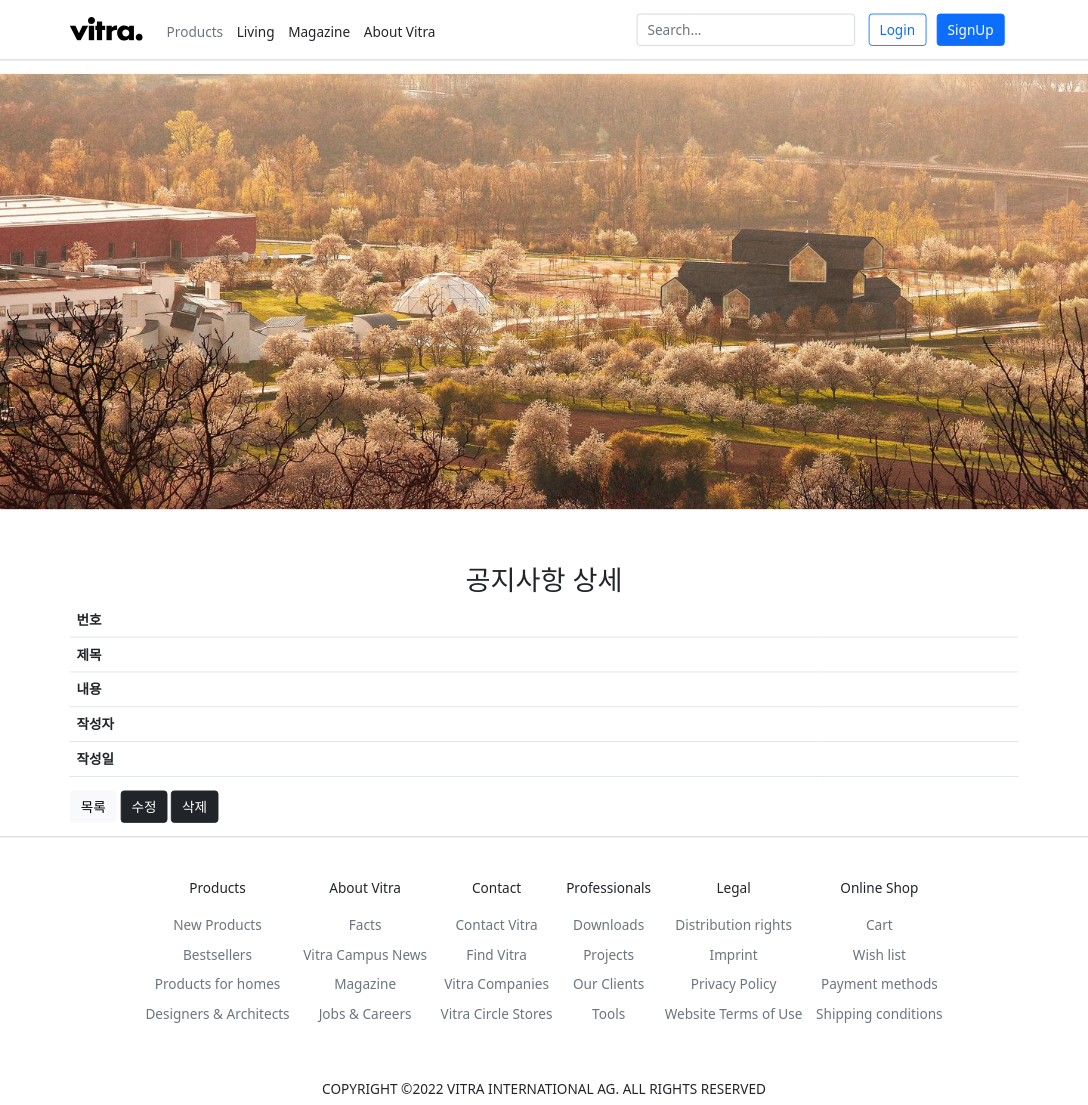
Repository: dllgkdud/pro06
Page: http://localhost/board/detail
An editor plug-in stored every save of this project. The page is shown before and after the next save, followed by the edit.
The browser window is 1280 px wide. The pictures show the whole page, at 85% of full size.
The page is this project's Thymeleaf template; nobody is signed in. The template is opened directly, without the code that normally fills it, so the values that code supplies are empty.

Above is the page before, as saved 2022-12-21 07:02:38.

### myapp/src/main/resources/templates/board/detail.html
<!DOCTYPE html>
<html lang="ko" xmlns="http://www.w3.org/1999/xhtml"
 xmlns:th="http://www.thymeleaf.org"
 xmlns:layout="http://www.ultraq.net.nz/thymeleaf/layout">
 <head>
	<title>Vitra | About Vitra</title>
	<th:block th:insert="/common/head"></th:block>
</head>
<body>
	<th:block th:insert="/common/header"></th:block>
	<div class="wrapper">
		<img th:src="@{/img/30820632.jpg}" class="col-lg-12 col-md-12 col-sm-12" alt="about">
	</div>
	<div class="fluvno-container">
		<div class="container">
		<h2 class="mt-4 text-center">공지사항 상세</h2>
			<table class="table">
				<tbody>
					<tr th:object="${board}">
						<th>번호</th>
						<td th:text="${board.vno}"></td>
					</tr>
					<tr>
						<th>제목</th>
						<td th:text="${board.vtitle}"></a></td>
					</tr>
					<tr>
						<th>내용</th>
						<td th:text="${board.vcontent}"></td>
					</tr>
					<tr>
						<th>작성자</th>
						<td th:text="${board.id}"></td>
					</tr>
					<tr>
						<th>작성일</th>
						<td th:text="${board.regdate}"></td>
					</tr>
				</tbody>
			</table>
	  	</div>
	  	<div class="container" role="group">
			<a class="btn btn-light" href="/board/list">목록</a>
			<a class="btn btn-dark" href="#">수정</a>
			<a class="btn btn-dark" href="#">삭제</a>
		</div>
	</div>
	<th:block th:insert="/common/footer"></th:block>
</body>
</html>

### myapp/src/main/resources/templates/common/head.html
<meta charset="UTF-8">
<meta http-equiv="X-UA-Compatible" content="IE=edge">
<meta name="viewport" content="width=device-width, initial-scale=1.0">

<!-- favicon -->
<link rel="apple-touch-icon" sizes="180x180" href="/img/favicons/apple-touch-icon.png">
<link rel="icon" type="image/png" sizes="32x32" href="/img/favicons/favicon-32x32.png">
<link rel="icon" type="image/png" sizes="16x16" href="/img/favicons/favicon-16x16.png">

<!-- Bootstrap -->
<link href="https://cdn.jsdelivr.net/npm/bootstrap@5.1.3/dist/css/bootstrap.min.css" rel="stylesheet" integrity="sha384-1BmE4kWBq78iYhFldvKuhfTAU6auU8tT94WrHftjDbrCEXSU1oBoqyl2QvZ6jIW3" crossorigin="anonymous">
<script src="https://cdn.jsdelivr.net/npm/bootstrap@5.1.3/dist/js/bootstrap.bundle.min.js" integrity="sha384-ka7Sk0Gln4gmtz2MlQnikT1wXgYsOg+OMhuP+IlRH9sENBO0LRn5q+8nbTov4+1p" crossorigin="anonymous"></script>

<!-- css -->
<link href="/css/main.css" rel="stylesheet">

<!-- JQuery -->
<script src="https://code.jquery.com/jquery-latest.js"></script>

<style>
/* common */
html, body, dl, dt, dd, ol, ul, li, tr, th, td { margin: 0; padding: 0; }
div, span { border: 0; font-size: 100%; font: inherit; vertical-align: baseline; }
p, a, dl, dt, dd, ol, ul, li, tr, th, td { list-style: none; }
form, table, article { border: 0; border-collapse: collapse; border-spacing: 0; }

/* header */


/* footer */
.mt-4 { margin-top: 4rem!important; }

</style>

<!--
<style>
@media all and (min-width: 960px) {
	.navbar .nav-item .dropdown-menu{ display: none; }
	.navbar .nav-item:hover .dropdown-menu{ display: block; }
	.navbar .nav-item .dropdown-menu { margin-top:0; }
}
</style>
-->

### myapp/src/main/resources/templates/common/header.html
<!DOCTYPE html>
<html xmlns:th="http://www.thymeleaf.org"
 xmlns:layout="http://www.ultraq.net.nz/thymeleaf/layout">
<header class="p-3">
    <div class="container">
		<div class="d-flex flex-wrap align-items-center justify-content-center justify-content-lg-start">
	        <a href="/" class="d-flex align-items-center mb-2 mb-lg-0">
				<svg width="86px" height="28px" viewBox="0 0 91.928 30"><path fill="#000" d="M0 11.18h7.255l4.275 9.183 4.486-9.183h7.149l-9.463 17.979h-4.38L0 11.18zm22.991-6.799C22.991 1.962 24.954 0 27.407 0c2.418 0 4.346 1.962 4.346 4.381s-1.928 4.416-4.346 4.416a4.42 4.42 0 0 1-4.416-4.416zm.981 24.778V11.18h6.729v17.979h-6.729zM34.241 5.573h6.519v5.607h3.855v5.152H40.76v12.827h-6.589V16.367h-1.928V11.18h1.963l.035-5.607zm12.055 5.607h6.729l-.105 2.523s1.752-2.979 5.993-2.979c.245 0 .491 0 .736.035v6.099c-.524-.245-1.227-.386-1.962-.386-2.173 0-4.767 1.051-4.767 3.26v9.427h-6.624V11.18zm22.431-.596c2.278 0 4.486.912 6.064 2.489V11.18h6.062v17.979h-6.167s-.036-.56-.036-1.156c0-.279 0-.561.036-.806-1.473 1.822-3.681 2.698-5.959 2.698-5.677 0-9.042-4.977-9.042-9.708 0-4.276 2.769-8.341 7.184-9.392a8.352 8.352 0 0 1 1.858-.211zM75 20.257c0-2.417-1.962-4.346-4.381-4.346-2.418 0-4.451 1.928-4.451 4.346s2.033 4.452 4.451 4.452C73.038 24.708 75 22.675 75 20.257zm8.131 5.398c0-2.488 1.927-4.451 4.416-4.451 2.418 0 4.381 1.963 4.381 4.451 0 2.383-1.963 4.346-4.381 4.346-2.489-.001-4.416-1.963-4.416-4.346z"></path></svg>
	        </a>
	        <ul class="nav col-12 col-lg-auto me-lg-auto mb-2 justify-content-center mb-md-0">
				<li><a href="#" class="nav-link px-2 link-secondary">Products</a></li>
				<li><a href="#" class="nav-link px-2 link-dark">Living</a></li>
				<li><a href="#" class="nav-link px-2 link-dark">Magazine</a></li>
				<li><a href="/board/list" class="nav-link px-2 link-dark">About Vitra</a></li>
	        </ul>
	        <form class="col-12 col-lg-auto mb-3 mb-lg-0 me-lg-3">
				<input type="search" class="form-control" placeholder="Search..." aria-label="Search">
	        </form>
			<div class="col-12 col-lg-auto col-md-3 mb-lg-0 me-lg-3 text-end">
				<button type="button" class="btn btn-outline-primary me-2">Login</button>
				<button type="button" class="btn btn-primary">SignUp</button>
			</div>
	        <!--
	        <div class="dropdown text-end">
				<a href="#" class="d-block link-dark text-decoration-none dropdown-toggle" id="dropdownUser1" data-bs-toggle="dropdown" aria-expanded="false">
					<img src="https://github.com/mdo.png" alt="mdo" width="32" height="32" class="rounded-circle">
	          	</a>
				<ul class="dropdown-menu text-small" aria-labelledby="dropdownUser1" style="">
		            <li><a class="dropdown-item" href="#">New project...</a></li>
		            <li><a class="dropdown-item" href="#">Settings</a></li>
		            <li><a class="dropdown-item" href="#">Profile</a></li>
		            <li><hr class="dropdown-divider"></li>
		            <li><a class="dropdown-item" href="#">Sign out</a></li>
				</ul>
			</div>
			-->
		</div>
	</div>
</header>
<hr>

### myapp/src/main/resources/templates/common/footer.html
<!DOCTYPE html>
<html xmlns:th="http://www.thymeleaf.org"
 xmlns:layout="http://www.ultraq.net.nz/thymeleaf/layout">
<hr>
<footer class="p-3">
	<div class="container">
		<div class="d-flex flex-wrap align-items-center justify-content-center">
	        <ul class="nav col-12 col-lg-auto mt-2 text-center">
				<li>
					<a href="#" class="nav-link px-2 link-dark">Products</a>
					<ul class="col-12 col-lg-auto mt-2 text-center">
						<li><a href="#" class="nav-link px-2 link-secondary">New Products</a></li>
						<li><a href="#" class="nav-link px-2 link-secondary">Bestsellers</a></li>
						<li><a href="#" class="nav-link px-2 link-secondary">Products for homes</a></li>
						<li><a href="#" class="nav-link px-2 link-secondary">Designers & Architects</a></li>
					</ul>
				</li>
				<li>
					<a href="/sample/list" class="nav-link px-2 link-dark">About Vitra</a>
					<ul class="col-12 col-lg-auto mt-2 text-center">
						<li><a href="#" class="nav-link px-2 link-secondary">Facts</a></li>
						<li><a href="#" class="nav-link px-2 link-secondary">Vitra Campus News</a></li>
						<li><a href="#" class="nav-link px-2 link-secondary">Magazine</a></li>
						<li><a href="#" class="nav-link px-2 link-secondary">Jobs & Careers</a></li>
					</ul>
				</li>
				<li>
					<a href="#" class="nav-link px-2 link-dark">Contact</a>
					<ul class="col-12 col-lg-auto mt-2 text-center">
						<li><a href="#" class="nav-link px-2 link-secondary">Contact Vitra</a></li>
						<li><a href="#" class="nav-link px-2 link-secondary">Find Vitra</a></li>
						<li><a href="#" class="nav-link px-2 link-secondary">Vitra Companies</a></li>
						<li><a href="#" class="nav-link px-2 link-secondary">Vitra Circle Stores</a></li>
					</ul>
				</li>
				<li>
					<a href="#" class="nav-link px-2 link-dark">Professionals</a>
					<ul class="col-12 col-lg-auto mt-2 text-center">
						<li><a href="#" class="nav-link px-2 link-secondary">Downloads</a></li>
						<li><a href="#" class="nav-link px-2 link-secondary">Projects</a></li>
						<li><a href="#" class="nav-link px-2 link-secondary">Our Clients</a></li>
						<li><a href="#" class="nav-link px-2 link-secondary">Tools</a></li>
					</ul>
				</li>
				<li>
					<a href="#" class="nav-link px-2 link-dark">Legal</a>
					<ul class="col-12 col-lg-auto mt-2 text-center">
						<li><a href="#" class="nav-link px-2 link-secondary">Distribution rights</a></li>
						<li><a href="#" class="nav-link px-2 link-secondary">Imprint</a></li>
						<li><a href="#" class="nav-link px-2 link-secondary">Privacy Policy</a></li>
						<li><a href="#" class="nav-link px-2 link-secondary">Website Terms of Use</a></li>
					</ul>
				</li>
				<li>
					<a href="#" class="nav-link px-2 link-dark">Online Shop</a>
					<ul class="col-12 col-lg-auto mt-2 text-center">
						<li><a href="#" class="nav-link px-2 link-secondary">Cart</a></li>
						<li><a href="#" class="nav-link px-2 link-secondary">Wish list</a></li>
						<li><a href="#" class="nav-link px-2 link-secondary">Payment methods</a></li>
						<li><a href="#" class="nav-link px-2 link-secondary">Shipping conditions</a></li>
					</ul>
				</li>
	        </ul>
	        <div th:fragment="copyright" class="col-12 col-lg-12 mt-4 text-center" id="copyright">
				<h6>COPYRIGHT ©2022 VITRA INTERNATIONAL AG. ALL RIGHTS RESERVED</h6>
			</div>
		</div>
	</div>
</footer>

### myapp/src/main/resources/static/css/main.css
@charset "UTF-8";

/* header */
.p-3 { padding-bottom: 0!important; }
.d-flex a { padding-right: 20px; padding-bottom: 3px; }

After the next save:
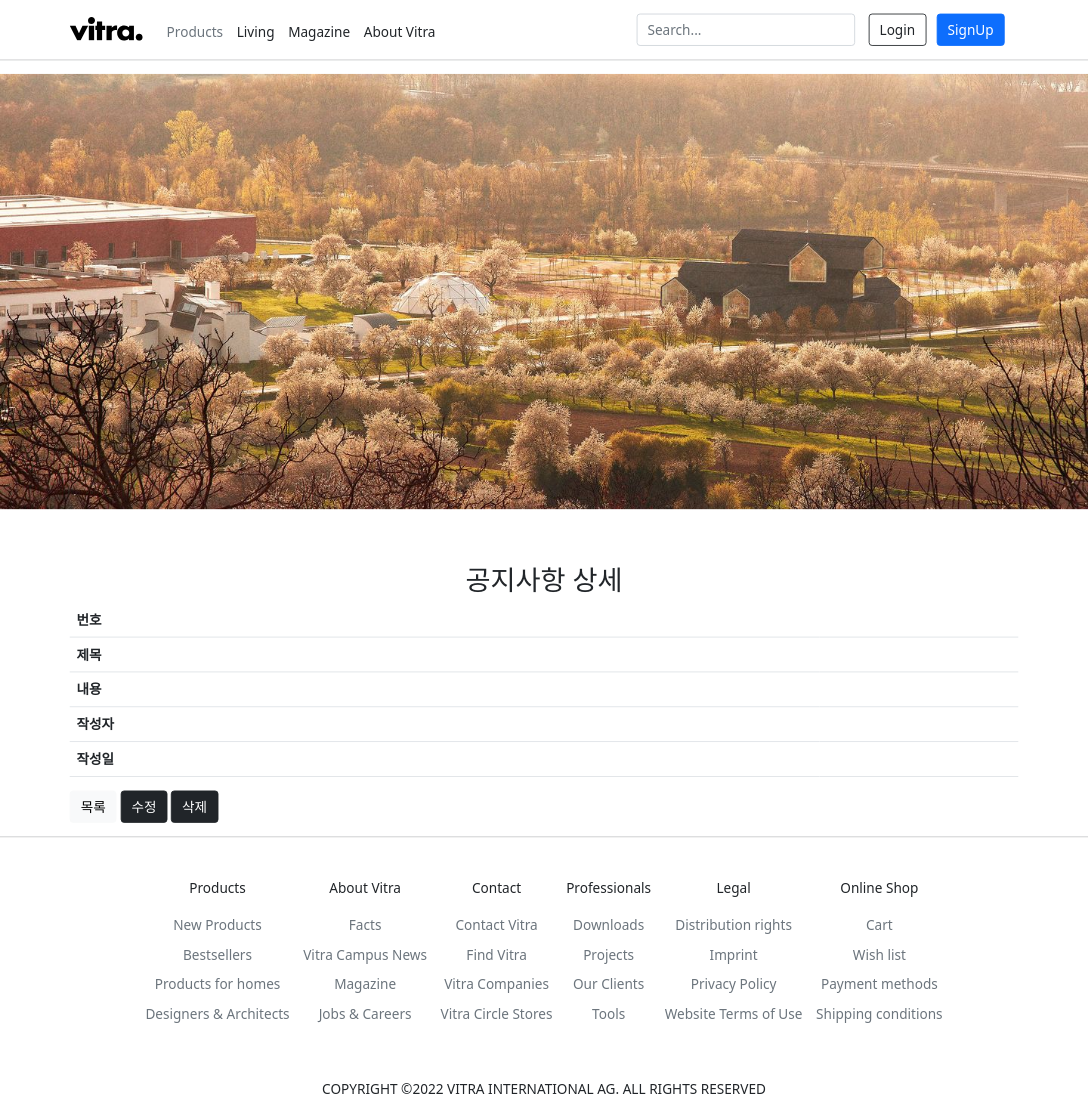
Saved 46 s later.
--- a/myapp/src/main/resources/templates/common/header.html
+++ b/myapp/src/main/resources/templates/common/header.html
@@ -17,7 +17,7 @@
 				<input type="search" class="form-control" placeholder="Search..." aria-label="Search">
 	        </form>
 			<div class="col-12 col-lg-auto col-md-3 mb-lg-0 me-lg-3 text-end">
-				<button type="button" class="btn btn-outline-primary me-2">Login</button>
+				<button type="button" class="btn btn-outline-dark me-2">Login</button>
 				<button type="button" class="btn btn-primary">SignUp</button>
 			</div>
 	        <!--
